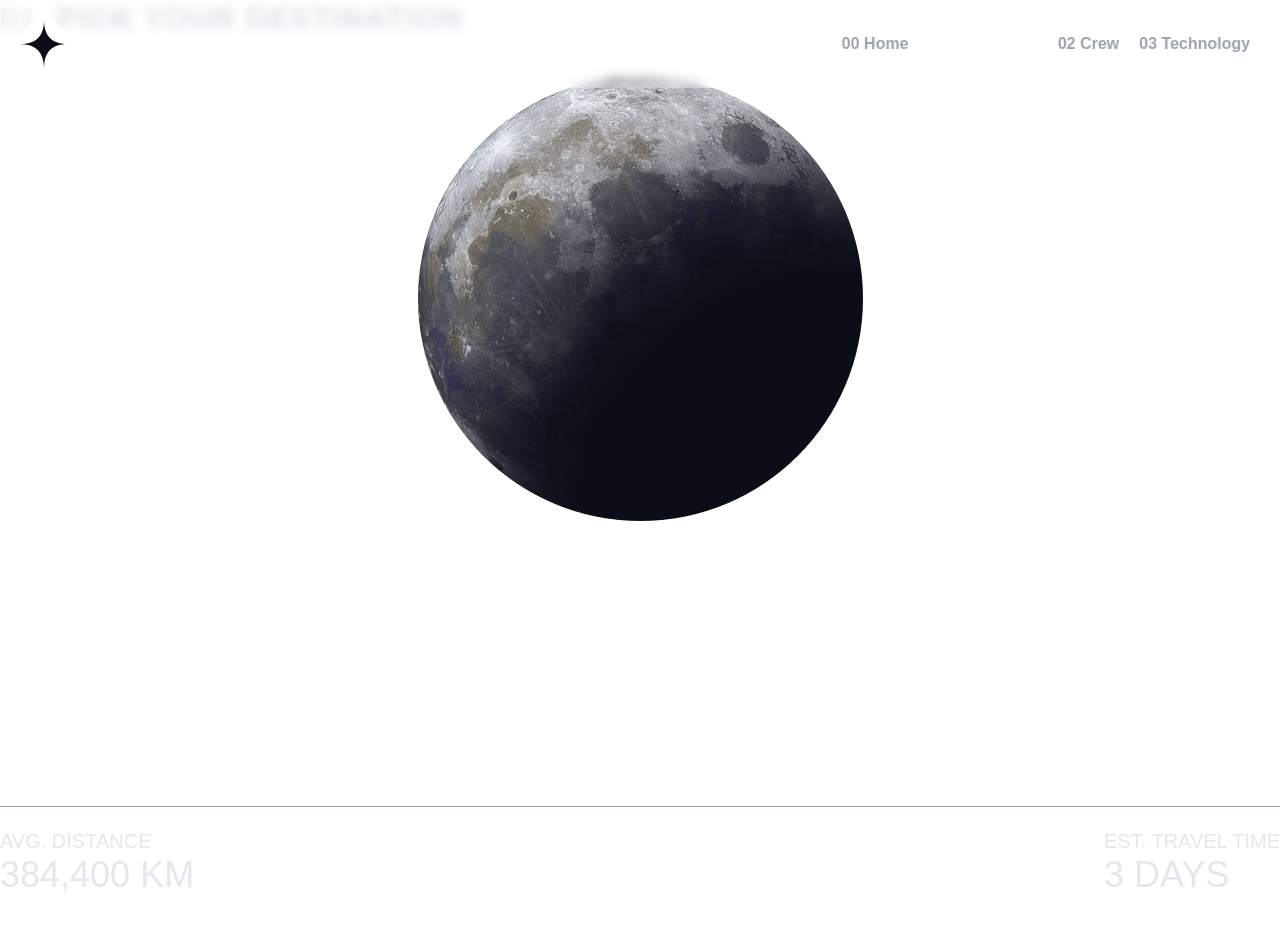
Repository: OmniaRafat232111121/Space-Toursim
Page: /destination
The author's editor kept a copy of each file at every save. The page is drawn from the files as they stood at one save, then again after a run of saves.
The browser window is 1280 px wide. The pictures show the whole page.
Some web fonts or font styles are not loaded; a fallback is used. The project was rebuilt for these pictures with package versions that can differ from the ones it lists, and the page was loaded fresh each time. Also part of the build but not shown: src/components/Home.js, src/components/Crew.js, src/components/Technology.js, src/components/Error.js.

Above is the page before, as saved 2022-08-09 16:25:38.

After the next 2 saves:
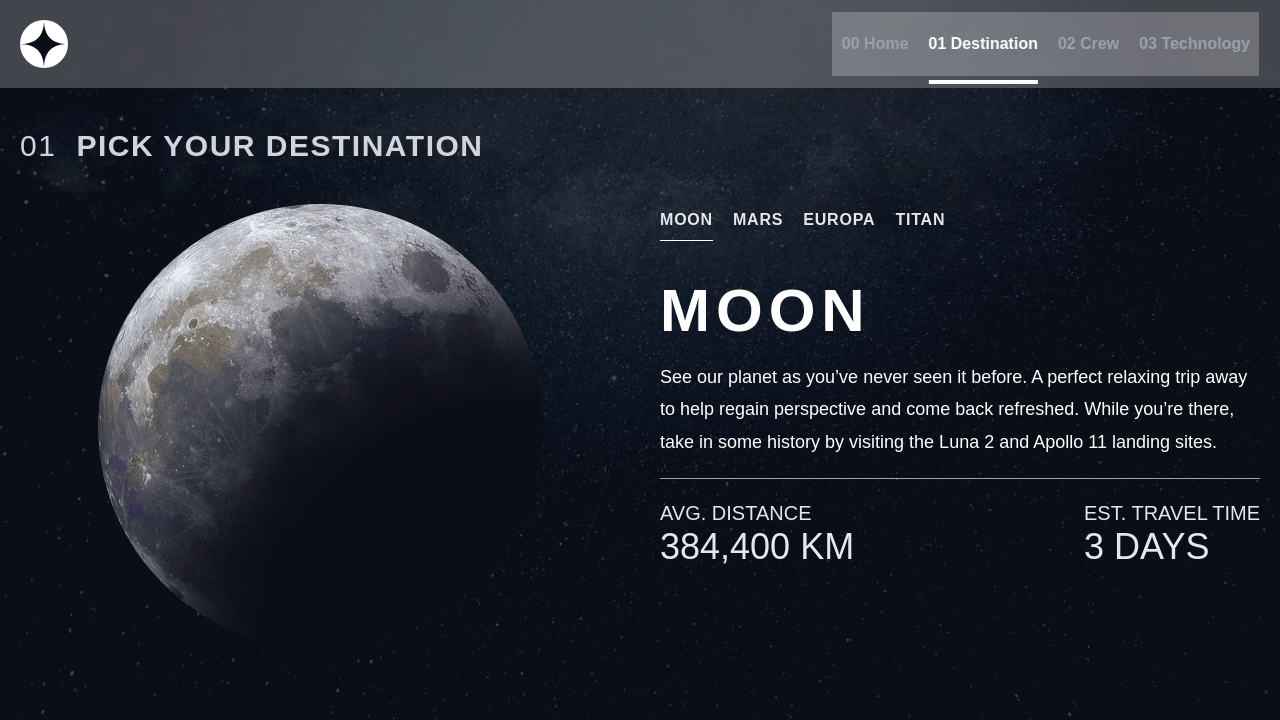
The 2 saves are shown as one change because they came seconds apart.
The last was saved 36 s later.
--- a/src/components/Destination.js
+++ b/src/components/Destination.js
@@ -6,36 +6,40 @@
   const [value, setValue] = useState(0)
 
   const { name, images, description, distance, travel } = planets[value]
+
   return (
     <>
-     <section>
-     <div>
-     <article className="text-center md:text-left">
-     <h2 className="text-white text-3xl font-extralight text-gray-300 uppercase tracking-wider pb-10">
-     01
-     <span className="ml-5 font-bold">Pick your destination</span>
-   </h2>
-      <img   src={images.png}
-      alt={name}
-      title={name}
-      className="block mx-auto"/>
-     </article>
+      <section className="home destinations">
+        <div className="px-5 pt-32 grid grid-cols-1 gap-5 md:grid-cols-2 gap-10 xl:max-w-7xl xl:mx-auto">
+          <article className="text-center md:text-left">
+            <h2 className="text-white text-3xl font-extralight text-gray-300 uppercase tracking-wider pb-10">
+              01
+              <span className="ml-5 font-bold">Pick your destination</span>
+            </h2>
 
+            <img
+              src={images.png}
+              alt={name}
+              title={name}
+              className="block mx-auto"
+            />
+          </article>
 
-     <article className="pt-20 text-center md:text-left pb-10">
-           <ul className="flex items-center justify-center md:jusstify-start mb-10">
-           {planets.map((item,index)=>{
-            <li key={index}  className="mr-5">
-            <button onClick={()=>setValue(index)}
-            className={`uppercase font-semibold tracking-wider text-gray-200 pb-2 border-b border-transparent ${
-              index === value && "border-b border-white"
-            }`}>
-            {item.name}
-            </button>
-
-            </li>
-           })}
-           </ul>
+          <article className="pt-20 text-center md:text-left pb-10">
+            <ul className="flex items-center justify-center md:justify-start mb-10">
+              {planets.map((item, index) => (
+                <li key={index} className="mr-5">
+                  <button
+                    onClick={() => setValue(index)}
+                    className={`uppercase font-semibold tracking-wider text-gray-200 pb-2 border-b border-transparent ${
+                      index === value && "border-b border-white"
+                    }`}
+                  >
+                    {item.name}
+                  </button>
+                </li>
+              ))}
+            </ul>
 
             <h2 className="text-white font-bold text-4xl lg:text-6xl uppercase tracking-widest mb-5">
               {name}
@@ -54,8 +58,8 @@
               </li>
             </ul>
           </article>
-     </div>
-     </section>
+        </div>
+      </section>
     </>
   )
 }
